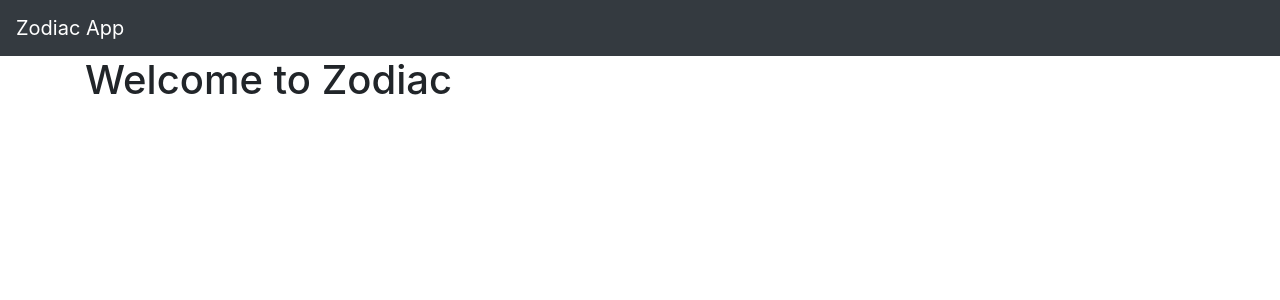
Repository: robertkameni/Zodiac-App
Page: client/index.html
An editor plug-in stored every save of this project. The page is shown before and after the next save, followed by the edit.
The browser window is 1280 px wide. The pictures show the whole page.

Above is the page before, as saved 2019-06-16 15:46:43.

After the next save:
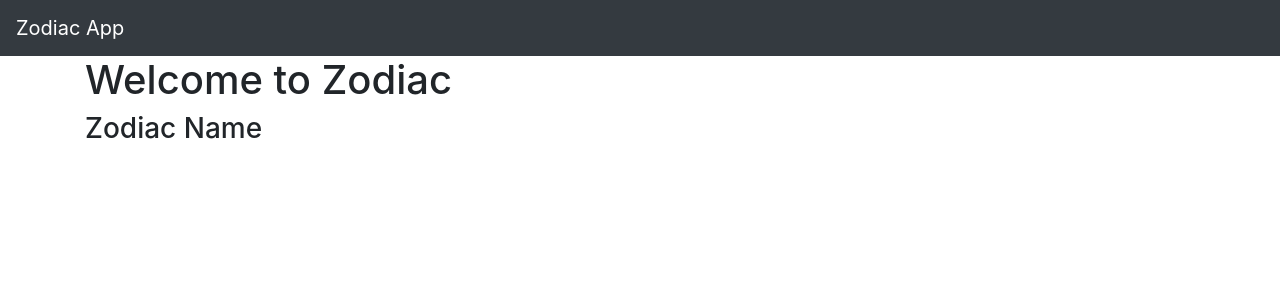
Saved 5 s later.
--- a/client/index.html
+++ b/client/index.html
@@ -25,7 +25,7 @@
         <h1>Welcome to Zodiac</h1>
         <div class="row">
             <div class="col-md-4">
-                <h3></h3>
+                <h3>Zodiac Name</h3>
             </div>
         </div>
     </div>
